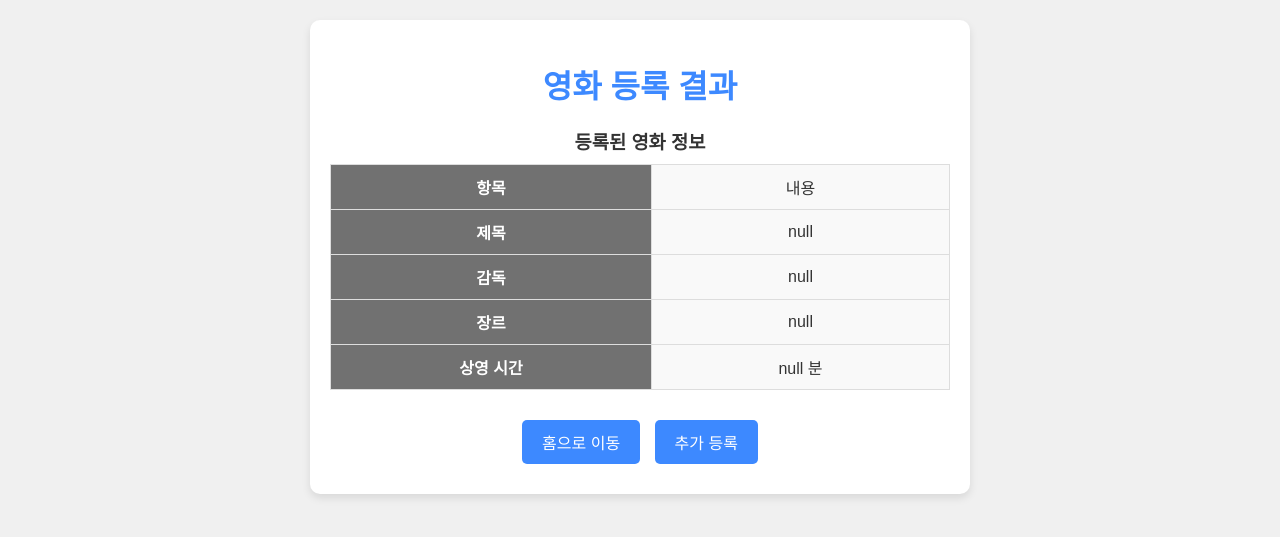
Repository: s00ngle/SSAFY-BE
Page: http://localhost/back_db_ws_01_2/regist_result.jsp
The author's editor kept a copy of each file at every save. The page is drawn from the files as they stood at one save, then again after the next save.
The browser window is 1280 px wide. The pictures show the whole page.
The page is served by Tomcat 10. Other server files are loaded and not shown. The template is opened directly, without the code that normally fills it, so the values that code supplies are empty.

Above is the page before, as saved 2024-09-24 04:28:56.

### back_db_ws_01_2/src/main/webapp/regist_result.jsp
<%@ page language="java" contentType="text/html; charset=UTF-8"
    pageEncoding="UTF-8"%>
<!DOCTYPE html>
<html>
<head>
    <title>영화 등록 결과</title>
    <style>
        body {
            font-family: 'Arial', sans-serif;
            background-color: #f0f0f0;
            margin: 0;
            padding: 20px;
            color: #333;
        }

        h1 {
            text-align: center;
            color: #3d89ff;
            margin-bottom: 20px;
        }

        h3 {
            text-align: center;
            color: #333;
            margin-bottom: 10px;
        }

        .container {
            width: 50%;
            margin: 0 auto;
            background-color: #fff;
            padding: 20px;
            box-shadow: 0 4px 8px rgba(0, 0, 0, 0.1);
            border-radius: 10px;
        }

        table {
            width: 100%;
            border-collapse: collapse;
            margin-bottom: 20px;
        }

        th, td {
            padding: 10px;
            text-align: center;
            border: 1px solid #ddd;
        }

        th {
            background-color: #717171;
            color: white;
            width: 300px;
        }

        td {
            background-color: #f9f9f9;
        }

        a {
            display: inline-block;
            margin: 10px 5px;
            padding: 10px 20px;
            text-decoration: none;
            background-color: #3d89ff;
            color: white;
            border-radius: 5px;
            transition: background-color 0.3s;
        }

        a:hover {
            background-color: #3d89ff;
        }

        .button-container {
            text-align: center;
        }
    </style>
</head>
<body>
    <div class="container">
        <h1>영화 등록 결과</h1>
        <h3>등록된 영화 정보</h3>
        <table>
            <tr>
                <th>항목</th>
                <td>내용</td>
            </tr>
            <tr>
                <th>제목</th>
                <td><%= request.getAttribute("title") %></td>
            </tr>
            <tr>
                <th>감독</th>
                <td><%= request.getAttribute("director") %></td>
            </tr>
            <tr>
                <th>장르</th>
                <td><%= request.getAttribute("genre") %></td>
            </tr>
            <tr>
                <th>상영 시간</th>
                <td><%= request.getAttribute("runningTime") %> 분</td>
            </tr>
        </table>
        <div class="button-container">
            <a href="/">홈으로 이동</a>
            <a href="/regist.html">추가 등록</a>
        </div>
    </div>
</body>
</html>

After the next save:
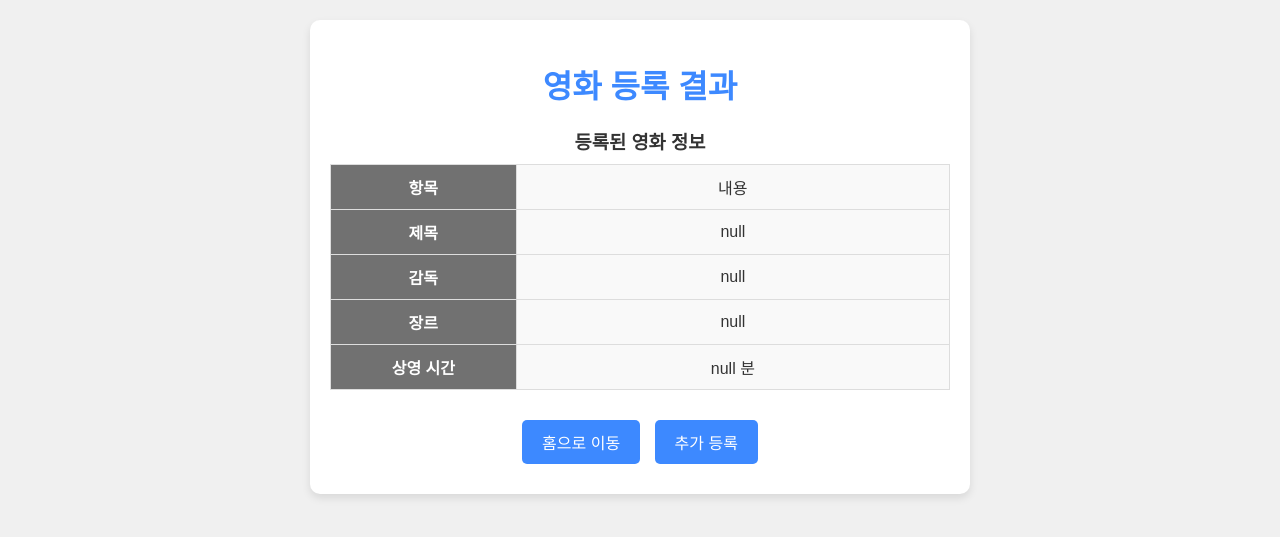
Saved 19 s later.
--- a/back_db_ws_01_2/src/main/webapp/regist_result.jsp
+++ b/back_db_ws_01_2/src/main/webapp/regist_result.jsp
@@ -49,7 +49,7 @@
         th {
             background-color: #717171;
             color: white;
-            width: 300px;
+            width: 30%;
         }
 
         td {
